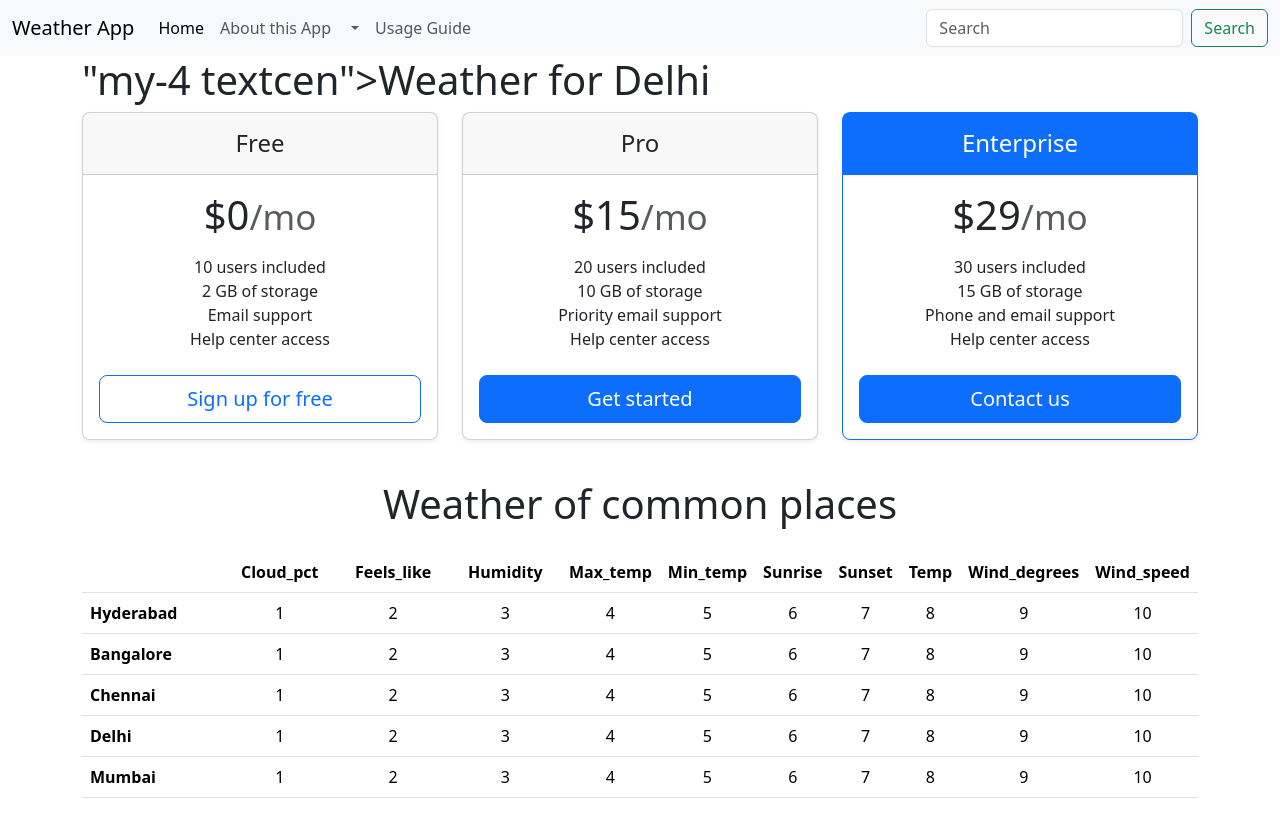
Repository: Abhilash2909/weather
Page: index.html
These files come from the project's save history. The page is drawn as it stood at one moment and after the next save; the edit follows.
The browser window is 1280 px wide. The pictures show the whole page.
The page's requests for data from a server got no answer.

Above is the page before, as saved 2024-02-11 10:50:09.

After the next save:
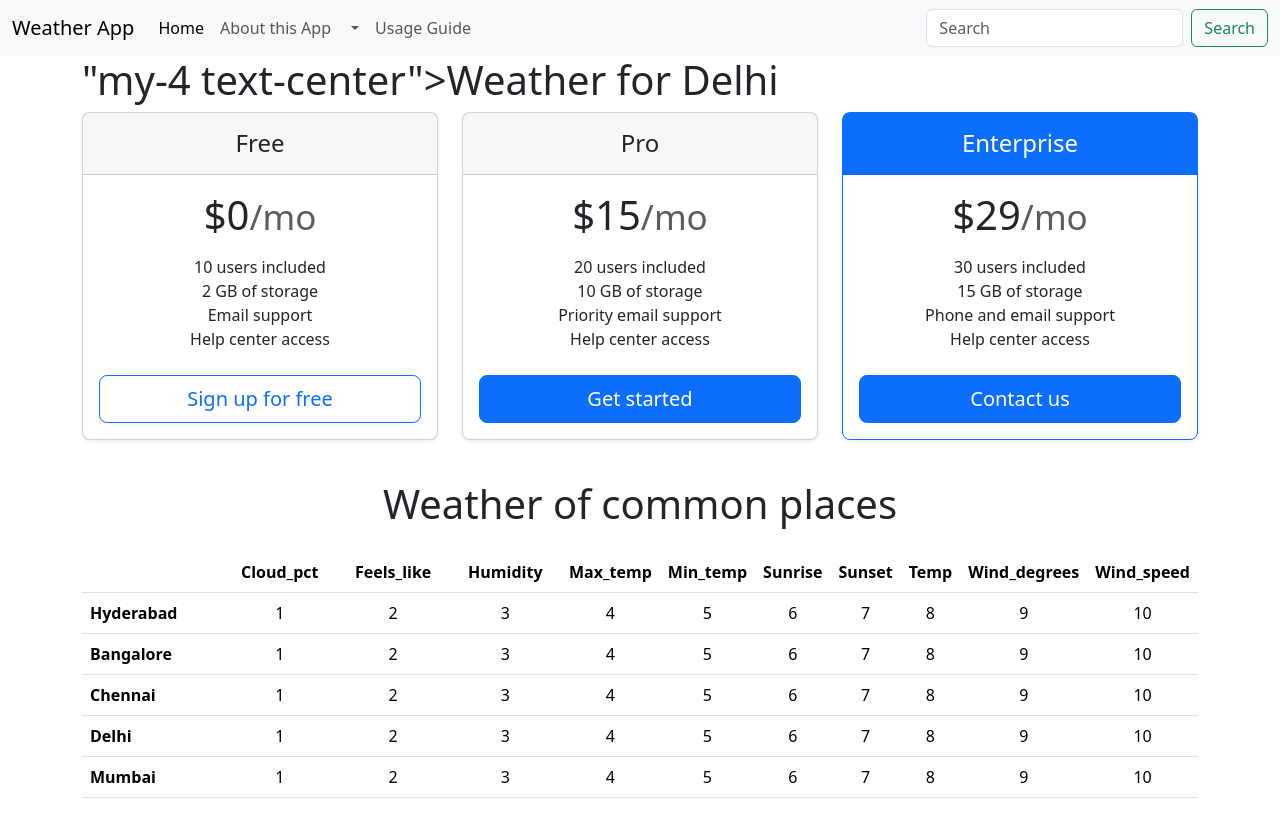
Saved 5 s later.
--- a/index.html
+++ b/index.html
@@ -45,7 +45,7 @@
 
       <div class="container">
         <main>
-          <h1>"my-4 textcen">Weather for Delhi</h1>
+          <h1>"my-4 text-center">Weather for Delhi</h1>
           <div class="row row-cols-1 row-cols-md-3 mb-3 text-center">
           <div class="col">
             <div class="card mb-4 rounded-3 shadow-sm">
